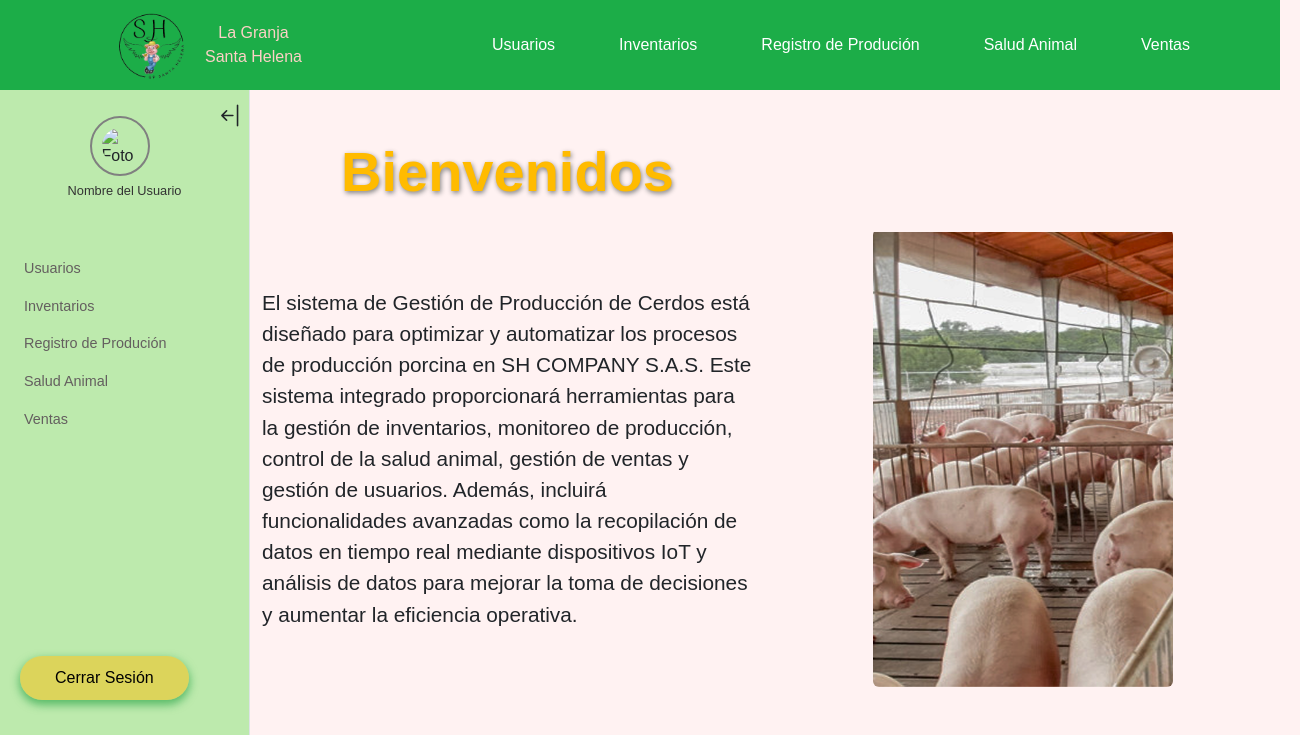
Repository: Mateojimenezz/Granja-Santa-Helena
Page: paginaDeInicio.html
The author's editor kept a copy of each file at every save. The page is drawn from the files as they stood at one save, then again after the next save.
The browser window is 1280 px wide. The page is 1280 px wide, then 1300 px, so the pictures cover 1300 px, including what lies to the right of the window. The pictures show the whole page.
After loading, the first visible `#toggleMenu` was clicked once.
Some web fonts or font styles are not loaded; a fallback is used.

Above is the page before, as saved 2025-04-07 10:04:30.

### paginaDeInicio.html
<!DOCTYPE html>
<html lang="es">
<head>
    <meta charset="UTF-8">
    <meta name="viewport" content="width=device-width, initial-scale=1.0">
    <title>La Granja</title>
    <link href="https://cdn.jsdelivr.net/npm/bootstrap@5.3.3/dist/css/bootstrap.min.css" rel="stylesheet" integrity="sha384-QWTKZyjpPEjISv5WaRU9OFeRpok6YctnYmDr5pNlyT2bRjXh0JMhjY6hW+ALEwIH" crossorigin="anonymous">

    <link rel="stylesheet" href="./assets/css/index.css">
    <link rel="stylesheet" href="./assets/css/paginaDeInicio.css">
    <link rel="stylesheet" href="https://cdn.jsdelivr.net/npm/bootstrap-icons@1.11.3/font/bootstrap-icons.min.css">
    <link href="https://fonts.googleapis.com/css2?family=Calistoga&display=swap" rel="stylesheet">

  </head>
<body>
  <header class="header sticky-top d-flex  align-items-center ">
    <div class="container d-flex  align-items-center justify-content-between ">
      <div class="logo">
        <img  src="./assets/img/logo.png" width="90" alt="Logo">
        <span>La Granja <br> Santa Helena</span>
      </div>
      <nav class="navbar navbar-expand-lg ">
        <button class="navbar-toggler toggler-focus text-white" type="button" data-bs-toggle="collapse" data-bs-target="#menu" aria-controls="menu" aria-expanded="false" aria-label="Toggle navigation">
          <span class="navbar-toggler-icon"></span>
        </button>
        <div class="collapse navbar-collapse  d-lg-none" id="menu">
          <ul class="navbar-nav ms-auto    gap-md-3 gap-lg-5">
            <li class="nav-item"><a class="nav-link " href="#" >Usuarios</a>
              <ul class="submenu submenu-hidden">
                <li><a class="nav-link" href="#">Gestión de Roles y Permisos</a>
                  <ul class="sub-submenu sub-submenu-hidden">
                    <li><a class="nav-link" href="#">Usuarios</a></li>

                  </ul>
                </li>
                <li><a class="nav-link" href="#">Registro de Actividades</a></li>
                <li><a class="nav-link" href="#">Editar Perfil</a></li>
                <li><a class="nav-link" href="#">Activación/Bloqueo de Usuario</a></li>
              </ul>
            </li>
            <li class="nav-item"><a class="nav-link" href="#">Inventarios</a>
              <ul class="submenu submenu-hidden">
                <li><a class="nav-link" href="#">Bodega de Alimento</a>
                  <ul class="sub-submenu sub-submenu-hidden">
                    <li><a class="nav-link" href="#">Inventario de alimento</a></li>
                    <li><a class="nav-link" href="#">Registro de Diario de consumo</a></li>
                  </ul>
                </li>
                <li><a class="nav-link" href="#">Bodega de Enseres</a></li>
                <li><a class="nav-link" href="#">Dispensario</a></li>
                <li><a class="nav-link" href="#">Laboratorio</a></li>
              </ul>
            </li>
            <li class="nav-item"><a class="nav-link" href="#">Registro de Produción</a>
              <ul class="submenu submenu-hidden">
                <li><a class="nav-link" href="#">Maternidad</a></li>
                <li><a class="nav-link" href="#">Lactancia</a></li>
                <li><a class="nav-link" href="#">Reproductores</a></li>
                <li><a class="nav-link" href="#">Precebo</a></li>
                <li><a class="nav-link" href="#">Ceba</a></li>
              </ul>

            </li>
            <li class="nav-item"><a class="nav-link" href="#">Salud Animal</a></li>
            <li class="nav-item"><a class="nav-link" href="#">Ventas</a></li>
          </ul>
        </div>
        </div>
      </nav>
    </div>
  </header>
  <button id="toggleMenu" class="d-none d-sm-none d-md-block  btn  position-fixed  btn-MenuLateralAbrir ">
    <span><i class="bi bi-arrow-bar-right"></i></span>
  </button>
  <!-- Menú lateral -->
  <div id="sidebar" class=" border-end vh-100 position-fixed start-0 p-3  ">
     <!-- Sección de Usuario -->
  <div id="userInfo" class="user-info d-flex flex-column">
    <img src="" alt="Foto de Usuario" class="user-photo"><!-- foto del usuario -->
    <p class="user-name ">Nombre del Usuario</p>
  </div>
    <button id="closeMenu" class="btn  mb-1 btn-MenuLateralCerrar">
      <span><i class="bi bi-arrow-bar-left"></i></span>
    </button>
    <ul id="sisidebarMenu"  class="nav flex-column" >

    </ul>
     <!-- Botón de Cerrar Sesión -->
  <button id="logoutButton" class="logout-button">Cerrar Sesión</button>
  </div>
  <main class="container">
    <!-- Sección 1 -->
    <section class="row seccion-1">
      <article class="col-12 col-lg-6 d-flex justify-content-center align-items-center mt-5 mb-2">
        <h1 >Bienvenidos</h1>
      </article>
    </section>
    <!-- Sección 2 -->
    <section class="row seccion-2  mt-2">
      <article class="d-flex flex-column align-items-center justify-content-center col-12 col-lg-6 ">
        <p class="text-justify mb-5">
          El sistema de Gestión de Producción de Cerdos está diseñado para optimizar y automatizar
          los procesos de producción porcina en SH COMPANY S.A.S. Este sistema integrado proporcionará herramientas
          para la gestión de inventarios, monitoreo de producción, control de la salud animal, gestión de ventas y gestión de usuarios.
          Además, incluirá funcionalidades avanzadas como la recopilación de datos en tiempo real mediante dispositivos IoT y análisis de datos
          para mejorar la toma de decisiones y aumentar la eficiencia operativa.
        </p>
      </article>
      <!-- Imagen -->
      <article class="col-12 col-lg-6 d-flex justify-content-center align-items-center mb-5 p-0 ">
        <img
          src="assets/img/Upload-5a8315b810a15-13022018 1.png"  width="300" height="200"
          class="img-fluid rounded "
          alt="Fotografía de la granja"
        />
      </article>
    </section>
  </main>







  <!-- bootstrap JS -->
  <script src="https://cdn.jsdelivr.net/npm/bootstrap@5.3.3/dist/js/bootstrap.bundle.min.js" integrity="sha384-YvpcrYf0tY3lHB60NNkmXc5s9fDVZLESaAA55NDzOxhy9GkcIdslK1eN7N6jIeHz" crossorigin="anonymous"></script>
  <script src="./assets/js/menu.js"></script>
  <script src="./assets/js/menuLateral.js"></script>
  <script src="./assets/js/submenu.js"></script>
  <script src="./assets/js/menuHandler.js"></script>

</body>

</html>

### assets/css/index.css
@import "./variables.css";

/* === General === */
body {
  margin: 0;
  font-family: var(--font-principal);
  background-color: var(--color-FondoDiv2);
}

/* === Header === */
.header {
  background-color: var(--color-principal);
  color: var(--color-texto);
  font-size: 1rem;
}

.logo {
  display: flex;
  align-items: center;
  gap: 0.5rem;
  color: #FCD1C6;
  text-align: center;
  margin-left: 25px;
}

/* === Botón Ingresar === */
.ingresar,
.ingresar1 {
  color: white !important;
  cursor: pointer;
  display: flex;
  align-items: center;
  gap: 10px;
}

.ingresar {
  margin-left: 110px;
  margin-right: 100px;
}

.ingresar h5:hover,
.ingresar1 h5:hover {
  color: var(--color-fondoDiv);
}

/* === Navbar === */
.navar-nav {
  justify-content: center;
}

.nav-link {
  position: relative;
  color: white;
  text-decoration: none;
  padding: 0.5rem;
  transition: color 0.3s ease-in-out;
}
.nav-link:active{
  color: red;
}

.nav-link::after {
  content: '';
  position: absolute;
  left: 15px;
  bottom: 0;
  width: 0;
  height: 2px;
  background-color: var(--color-FondoDiv2);
  transition: width 0.3s ease-in-out;
}

.nav-link:hover {
  color: var(--color-fondoDiv);
}

.nav-link:hover::after {
  width: 75%;
}

/* === Sección 1 - Imagen Principal === */
.imagen1 {
  width: 100%;
  height: 500px;
  object-fit: cover;
}

.titulo1 {
  position: absolute;
  top: 50%;
  left: 50%;
  transform: translate(-50%, -50%);
  color: white;
  font-size: 4rem;
  font-weight: bold;
  text-shadow: 2px 2px 5px var(--color-principal);
  text-align: center;
}

/* === Sección 3 === */
.seccion-3 {
  background-color: var(--color-fondoDiv);
}

/* === Footer === */
.footer {
  background-color: var(--color-Footter);
  padding-left: 50px;
  padding-bottom: 0px;
  margin-bottom: -50px;
}

.Logofooter {
  max-width: 250px;
  margin-right: 50px;
}

/* === Responsividad === */
@media (max-width: 991px) {

  /* Ajustes en dispositivos pequeños */
  .logo {
    margin-left: -10px;
  }

  .navbar-toggler {
    border: none !important;
  }

  .navbar-toggler:focus,
  .navbar-toggler:active,
  .navbar-toggler:hover {
    outline: none !important;
    box-shadow: 0 0 10px #F8E91C !important;
  }

  /* Ocultar ingresar en pantallas pequeñas y mostrar ingresar1 */
  .ingresar {
    display: none;
  }

  .ingresar1 {
    display: flex;
  }

  .ingresar1 .bi {
    padding-top: 5px;
  }
}

### assets/css/paginaDeInicio.css
@import "./variables.css";

/* === General === */
#sidebar {
  display: none;
  transition: all 0.3s ease; /* Animación opcional */
  background-color: var(--color-menu-lateral);
  width: 250px;
}

#sidebar.open {
  display: block;
}
.btn-MenuLateralAbrir{
  margin-top: -5px;
  margin-left: -10px;
  font-size: 30px;
  font-weight: 700;
  border:none;

}

.btn-MenuLateralCerrar{
  margin-top: -240px;
  margin-left: 190px;
  font-size: 25px;
  border:none;
}
.seccion-1 h1{
    font-family: var(--font-principal);
    color:  #FFBB00;
    font-size: 3.5em;
    font-weight: bold;
    text-shadow: gray 1px 2px 5px;

}
.seccion-2{
  font-size: 1.3em;
  font-family: Arial;
}
/* Submenú dentro del menú lateral */
#sisidebarMenu .submenu {
  margin-left: -10px; /* Ajustar margen */
  list-style: none; /* Eliminar viñetas */

}

/* Ocultar los submenús en el encabezado */
.nav-item .submenu {
  display: none;
}

.nav-item.active .submenu {
  display: block; /* Mostrar submenús al hacer clic en pantallas pequeñas */
}

/* Animación para mostrar el menú lateral */
#sidebar {
  transition: all 0.3s ease;
  max-height: 100vh; /* Asegura que el contenido no exceda la pantalla */
  overflow-y: scroll; /* Habilita el desplazamiento vertical */
  scrollbar-width: thin; /* Reduce el grosor de la barra en Firefox */
  scrollbar-color: transparent transparent; /* Hace la barra invisible en Firefox */

}
#sidebar::-webkit-scrollbar {
  width: 0; /* Oculta la barra de desplazamiento en navegadores basados en WebKit */
}

#sidebar::-webkit-scrollbar-thumb {
  background-color: transparent; /* Asegura que el pulgar sea invisible */
}
/* Estilos para la sección de usuario */
.user-info {
  align-items: center;
  padding: 10px;
}

.user-photo {
  width: 60px;
  height: 60px;
  padding: 10px;
  border: 2px solid grey;
  border-radius: 50%; /* Hace que la imagen sea redonda */
  margin-right: 10px;
}

.user-name {
  font-size: 0.8em;
  margin-top: 5px;
  color: #333;
}

/* Estilos para el botón de cerrar sesión */
.logout-button {
  position: fixed;
  bottom: 20px;
  left: 20px;
  border: none;
  text-align: center;
  cursor: pointer;
  background-color: var(  --color-Botones);
  padding: 10px 35px;
  border-radius: 30px;
  color: black;
  box-shadow: 0 4px 8px 1px  rgba(25, 157, 60, 0.6) /* Sombra verde */
}

.logout-button:hover {
  background-color: #c82333;
  color: white;



}
/* Estilos para los enlaces del menú lateral */
#sidebar .nav-link {
  font-size: 0.9em;
  color: var(--color-TextoMenuLateral); /* Color personalizado para los enlaces */
}
#sidebar .submenu .nav-link {
  font-family: arial;
  font-size:0.8em;
  color:var(--color-principal) !important; /* Color personalizado para el submenú */
}

#sidebar  .nav-link:hover {
  color:var(--color-principal); /* Color activo para los enlaces del submenú */
}


#sidebar .submenu .nav-link:focus{
  color: var(--color-TextoMenuLateral) !important; /* Asegura que el color sea consistente */
  font-weight: bold; /* Resalta el enlace activo */
}
/* estlos para sub-submenu */
/* Submenú y sub-submenú del menú lateral */
#sidebar .submenu,
#sidebar .sub-submenu {
  list-style: none;
  margin-left: 10px; /* Ajustar margen */
  padding: 0; /* Eliminar padding */
  transition: all 0.3s ease-in-out; /* Animación suave */
  display: none; /* Ocultos por defecto */
}

#sidebar .submenu-visible,
#sidebar .sub-submenu-visible {
  display: block !important; /* Mostrados al alternar visibilidad */
}

/* Diferenciación visual para sub-submenús */
#sidebar .sub-submenu {
  padding-left: 20px; /* Sangría para jerarquía */
  border-left: 2px solid #ddd; /* Línea para indicar nivel */
}

/* Opcional: estilos para enlaces activos en el menú lateral */
#sidebar .nav-link:hover {
  background-color: #f5f6f8; /* Fondo azul para destacar */

}












/* === Estilos para pantallas pequeñas === */

@media (max-width: 991px) { /* Para pantallas menores a md */
  #sidebar {
    display: none !important; /* Oculta el menú lateral */
  }


  #toggleMenu, #closeMenu {
    display: none !important; /* Oculta los botones asociados */

  }
  #sidebar.open {
    display: block;
  }
  #sisidebarMenu .submenu {
    margin-left: -10px; /* Ajustar margen */
    list-style: none; /* Eliminar viñetas */
  }


}

### assets/js/menu.js
/* menu en pantalla pequeña */

document.addEventListener("DOMContentLoaded", function () {
    const menuToggle = document.querySelector(".navbar-toggler");
    const logo = document.querySelector(".logo");
    const menu = document.getElementById("menu");

    menuToggle.addEventListener("click", function () {
      const isMenuOpen = menu.classList.contains("show");

      if (isMenuOpen) {
        // Cuando el menú está abierto, restauramos el logo
        logo.style.display = "flex";
      } else {
        // Cuando el menú está cerrado, ocultamos el logo
        logo.style.display = "none";
      }
    });

    // Detectar cuando el usuario cierra el menú automáticamente
    menu.addEventListener("hidden.bs.collapse", function () {
      logo.style.display = "flex";
    });
  });

### assets/js/menuLateral.js
/* aqui se maneja los botones abrir y cerar del menu lateral y el menu del
 header que me abre el menu lateral
con cada item del menu al que le doy clic en el header */

document.addEventListener("DOMContentLoaded", function () {
  const toggleMenu = document.getElementById("toggleMenu");
  const closeMenu = document.getElementById("closeMenu");
  const sidebar = document.getElementById("sidebar");
  const mainContent = document.querySelector("main"); // Contenido principal
  const menuItems = document.querySelectorAll(".nav-item"); // Ítems principales del menú superior
  const sidebarMenu = document.getElementById("sisidebarMenu"); // Contenedor del menú lateral

  // Función que verifica si la pantalla es grande
  function isLargeScreen() {
    return window.innerWidth >= 768; // Define pantallas grandes
  }

  // Limpia el contenido del menú lateral
  function clearSidebarMenu() {
    sidebarMenu.innerHTML = ""; // Limpia el menú lateral
  }

  // Mostrar ítems del menú en el menú lateral con submenús y sub-submenús
  function configureSidebarMenu() {
    clearSidebarMenu();

    menuItems.forEach(item => {
      const submenu = item.querySelector(".submenu");
      const link = item.querySelector(".nav-link");

      const sidebarItem = document.createElement("li");
      sidebarItem.classList.add("nav-item");

      // Clona el enlace principal
      const clonedLink = link.cloneNode(true);
      sidebarItem.appendChild(clonedLink);

      // Si el ítem tiene submenú, clónalo y configúralo
      if (submenu) {
        const clonedSubmenu = submenu.cloneNode(true);
        clonedSubmenu.style.display = "none"; // Ocultar submenú inicialmente

        // Manejo de sub-submenús
        const subSubmenus = clonedSubmenu.querySelectorAll(".sub-submenu");
        subSubmenus.forEach(subSubmenu => {
          subSubmenu.style.display = "none"; // Ocultar sub-submenús inicialmente
          const parentItem = subSubmenu.closest("li");
          const parentLink = parentItem.querySelector(".nav-link");

          // Alternar visibilidad del sub-submenú al hacer clic en el enlace padre
          parentLink.addEventListener("click", function (e) {
            e.preventDefault();
            subSubmenu.style.display = subSubmenu.style.display === "block" ? "none" : "block";
          });
        });

        sidebarItem.appendChild(clonedSubmenu);

        // Alternar visibilidad del submenú al hacer clic en el enlace principal
        clonedLink.addEventListener("click", function (e) {
          e.preventDefault();
          clonedSubmenu.style.display = clonedSubmenu.style.display === "block" ? "none" : "block";
        });
      }

      sidebarMenu.appendChild(sidebarItem);
    });
  }

  // Mostrar/ocultar el menú desde el botón toggle
  toggleMenu.addEventListener("click", function () {
    if (sidebar.style.display === "none" || sidebar.style.display === "") {
      sidebar.style.display = "block"; // Muestra el menú lateral
      configureSidebarMenu(); // Configura el menú lateral con submenús y sub-submenús
      if (isLargeScreen()) {
        mainContent.style.marginLeft = "250px"; // Desplaza el contenido en pantalla grande
        mainContent.style.maxWidth = `calc(100% - ${sidebar.offsetWidth}px)`; // Reduce el ancho según el sidebar
        mainContent.style.overflowX = "hidden"; // Evita scroll horizontal
        mainContent.style.boxSizing = "border-box"; // Ajusta el tamaño incluyendo paddings y bordes

      }
    } else {
      sidebar.style.display = "none"; // Oculta el menú lateral
      if (isLargeScreen()) {
        mainContent.style.marginLeft = "0px"; // Restaura el contenido en pantalla grande
      }
    }
  });

  // Cerrar el menú lateral
  closeMenu.addEventListener("click", function () {
    sidebar.style.display = "none"; // Oculta el menú lateral
    if (isLargeScreen()) {
      mainContent.style.marginLeft = "200px"; // Restaura el contenido en pantalla grande
    }
  });

  // Ajuste inicial al cargar la página
  configureSidebarMenu(); // Configura el menú lateral en ambos tamaños de pantalla
});

### assets/js/menuHandler.js
/* aqui se manejael menu lateral , la manera en que se
desplaza cuando se abre el menu igual en pantalla pequeña  con los item del header  */
document.addEventListener("DOMContentLoaded", function () {
  const sidebar = document.getElementById("sidebar"); // Menú lateral
  const mainContent = document.querySelector("main"); // Contenido principal
  const menuItems = document.querySelectorAll(".nav-item"); // Ítems principales del menú superior
  const sidebarMenu = document.getElementById("sisidebarMenu"); // Contenedor del menú lateral

  // Ocultar el menú lateral inicialmente
  sidebar.style.display = "none";

  // Función que verifica si la pantalla es grande
  function isLargeScreen() {
    return window.innerWidth >= 768; // Define pantallas grandes
  }

  // Limpia el contenido del menú lateral
  function clearSidebarMenu() {
    sidebarMenu.innerHTML = ""; // Limpia el menú lateral
  }

  // Mostrar el submenú en el menú lateral al hacer clic en un ítem del header
  function showSubmenuInSidebar(item) {
    clearSidebarMenu(); // Limpia el menú lateral antes de añadir contenido

    const submenu = item.querySelector(".submenu");
    const link = item.querySelector(".nav-link");

    const sidebarItem = document.createElement("li");
    sidebarItem.classList.add("nav-item");

    // Clona el enlace principal
    const clonedLink = link.cloneNode(true);
    sidebarItem.appendChild(clonedLink);

    // Clona y muestra el submenú correspondiente
    if (submenu) {
      const clonedSubmenu = submenu.cloneNode(true);
      clonedSubmenu.style.display = "block"; // Submenú visible

      // Manejo de sub-submenús dentro del submenú clonado
      const subSubmenus = clonedSubmenu.querySelectorAll(".sub-submenu");
      subSubmenus.forEach(subSubmenu => {
        subSubmenu.style.display = "none"; // Ocultar sub-submenús inicialmente

        const parentItem = subSubmenu.closest("li"); // Ítem padre del sub-submenú
        const parentLink = parentItem.querySelector(".nav-link");

        // Alternar visibilidad del sub-submenú al hacer clic en el enlace padre
        parentLink.addEventListener("click", function (e) {
          e.preventDefault();
          subSubmenu.style.display = subSubmenu.style.display === "block" ? "none" : "block";
        });
      });

      sidebarItem.appendChild(clonedSubmenu); // Añade el submenú clonado al ítem
    }

    sidebarMenu.appendChild(sidebarItem); // Añade el ítem completo al menú lateral

    sidebar.style.display = "block"; // Asegúrate de que el menú lateral esté visible
    if (isLargeScreen()) {
      mainContent.style.marginLeft = "250px"; // Desplaza el contenido en pantallas grandes
      mainContent.style.maxWidth = `calc(100% - ${sidebar.offsetWidth}px)`; // Reduce el ancho según el sidebar
      mainContent.style.overflowX = "hidden"; // Evita scroll horizontal
      mainContent.style.boxSizing = "border-box"; // Ajusta el tamaño incluyendo paddings y bordes

    } else {
      mainContent.style.marginLeft = "0px"; // No desplaza el contenido en pantallas pequeñas
    }
  }

  // Eventos de clic en los ítems del menú superior (header)
  menuItems.forEach(item => {
    const link = item.querySelector(".nav-link");
    link.addEventListener("click", function (e) {
      e.preventDefault();

      showSubmenuInSidebar(item); // Muestra el submenú en el menú lateral
    });
  });

  // Ajuste dinámico al redimensionar la pantalla
  window.addEventListener("resize", function () {
    if (isLargeScreen()) {
      sidebar.style.display = "block"; // Mantén visible el menú lateral en pantallas grandes
      mainContent.style.marginLeft = "200px"; // Ajusta el margen dinámicamente para evitar que quede oculto
    } else {
      sidebar.style.display = "none"; // Oculta el menú lateral automáticamente en pantallas pequeñas
      mainContent.style.marginLeft = "0px"; // Asegura que el contenido no se desplace
    }
  });
});

### assets/css/variables.css
/* variables.css */
:root {
    --color-principal: #1CAD48 ;
    --color-Botones: rgba(255, 187, 0, 0.47);
    --color-texto: white;
    --color-fondo: #f5f5f5;
    --font-principal: 'calistoga','arial';
    --color-fondoDiv: #F8E91C;
    --color-FondoDiv2:#FFF2F2;
    --color-Footter: #D9D9D9;
    --letra-gris: #B0B0B7;
    --color-menu-lateral:#BDEAAD;
    --color-TextoMenuLateral:#645f5f; /* Color de texto del menú lateral */
  }

Loaded but not shown: assets/js/submenu.js (126 lines, source omitted)

After the next save:
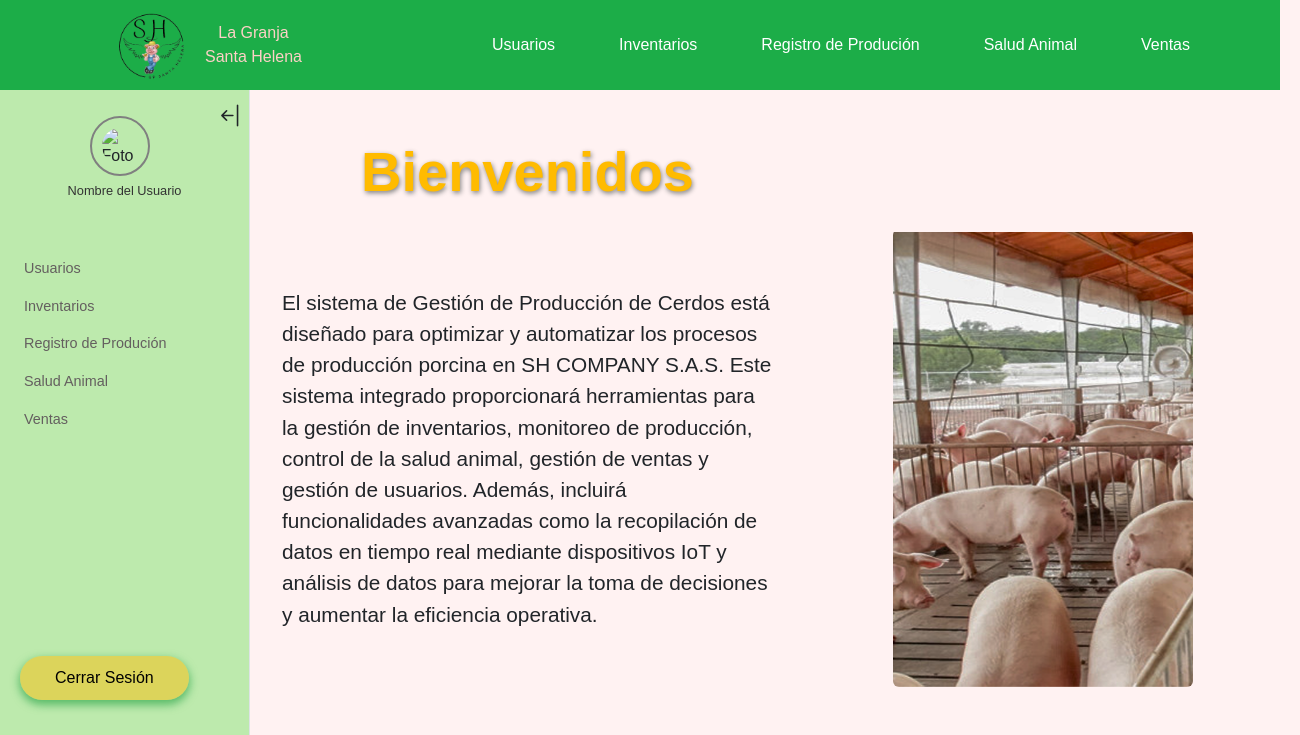
Saved 2 min 0 s later.
--- a/assets/js/menuLateral.js
+++ b/assets/js/menuLateral.js
@@ -73,7 +73,7 @@ document.addEventListener("DOMContentLoaded", function () {
       sidebar.style.display = "block"; // Muestra el menú lateral
       configureSidebarMenu(); // Configura el menú lateral con submenús y sub-submenús
       if (isLargeScreen()) {
-        mainContent.style.marginLeft = "250px"; // Desplaza el contenido en pantalla grande
+        mainContent.style.marginLeft = "270px"; // Desplaza el contenido en pantalla grande
         mainContent.style.maxWidth = `calc(100% - ${sidebar.offsetWidth}px)`; // Reduce el ancho según el sidebar
         mainContent.style.overflowX = "hidden"; // Evita scroll horizontal
         mainContent.style.boxSizing = "border-box"; // Ajusta el tamaño incluyendo paddings y bordes
